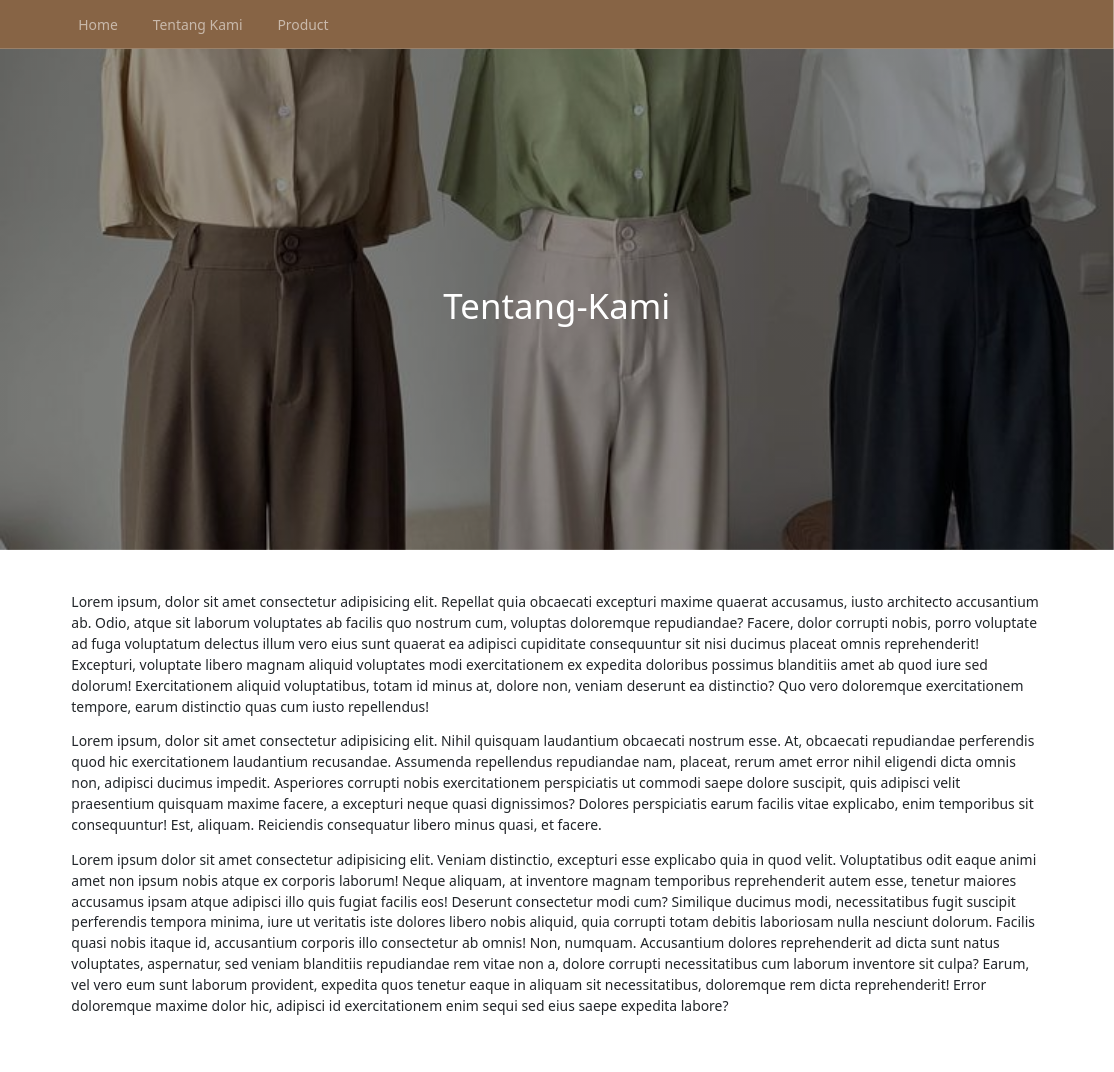
Repository: herman165/tugas_uas
Page: http://localhost/tentang_kami.php
The author's editor kept a copy of each file at every save. The page is drawn from the files as they stood at one save, then again after the next save.
The browser window is 1280 px wide. The pictures show the whole page, at 87% of full size.
The page is run by PHP 8.4 with error messages shown; the project is at /var/www/html/.

Above is the page before, as saved 2024-12-12 04:31:13.

After the next save:
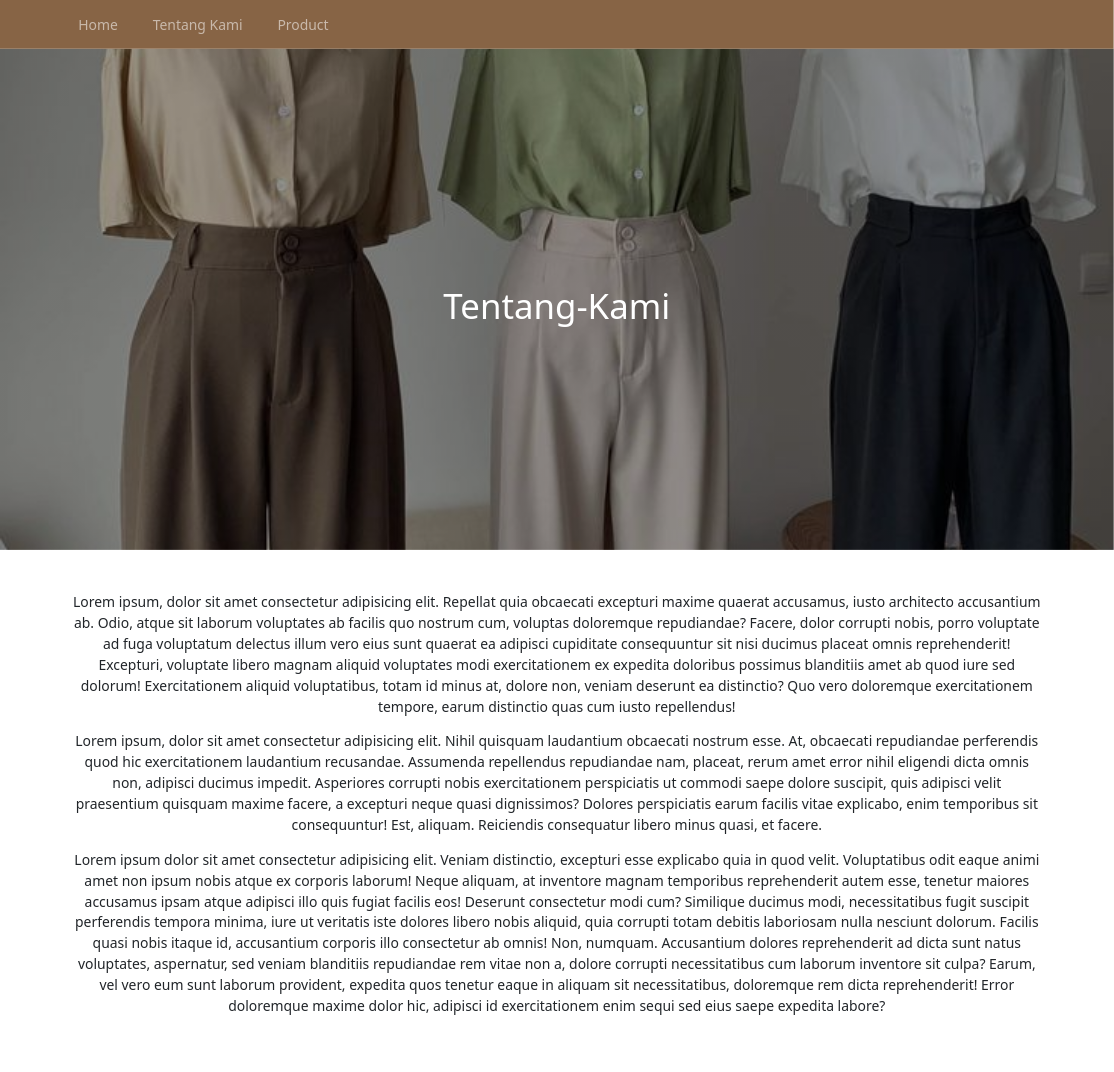
Saved 32 s later.
--- a/tentang_kami.php
+++ b/tentang_kami.php
@@ -20,7 +20,7 @@
      </div>
      <!-- main -->
       <div class="container-fluid py-5">
-        <div class="container fs-6">
+        <div class="container fs-6 text-center">
             <p>
                 Lorem ipsum, dolor sit amet consectetur adipisicing elit. Repellat quia obcaecati excepturi maxime quaerat accusamus, iusto architecto accusantium ab. Odio, atque sit laborum voluptates ab facilis quo nostrum cum, voluptas doloremque repudiandae? Facere, dolor corrupti nobis, porro voluptate ad fuga voluptatum delectus illum vero eius sunt quaerat ea adipisci cupiditate consequuntur sit nisi ducimus placeat omnis reprehenderit! Excepturi, voluptate libero magnam aliquid voluptates modi exercitationem ex expedita doloribus possimus blanditiis amet ab quod iure sed dolorum! Exercitationem aliquid voluptatibus, totam id minus at, dolore non, veniam deserunt ea distinctio? Quo vero doloremque exercitationem tempore, earum distinctio quas cum iusto repellendus!
             </p>
